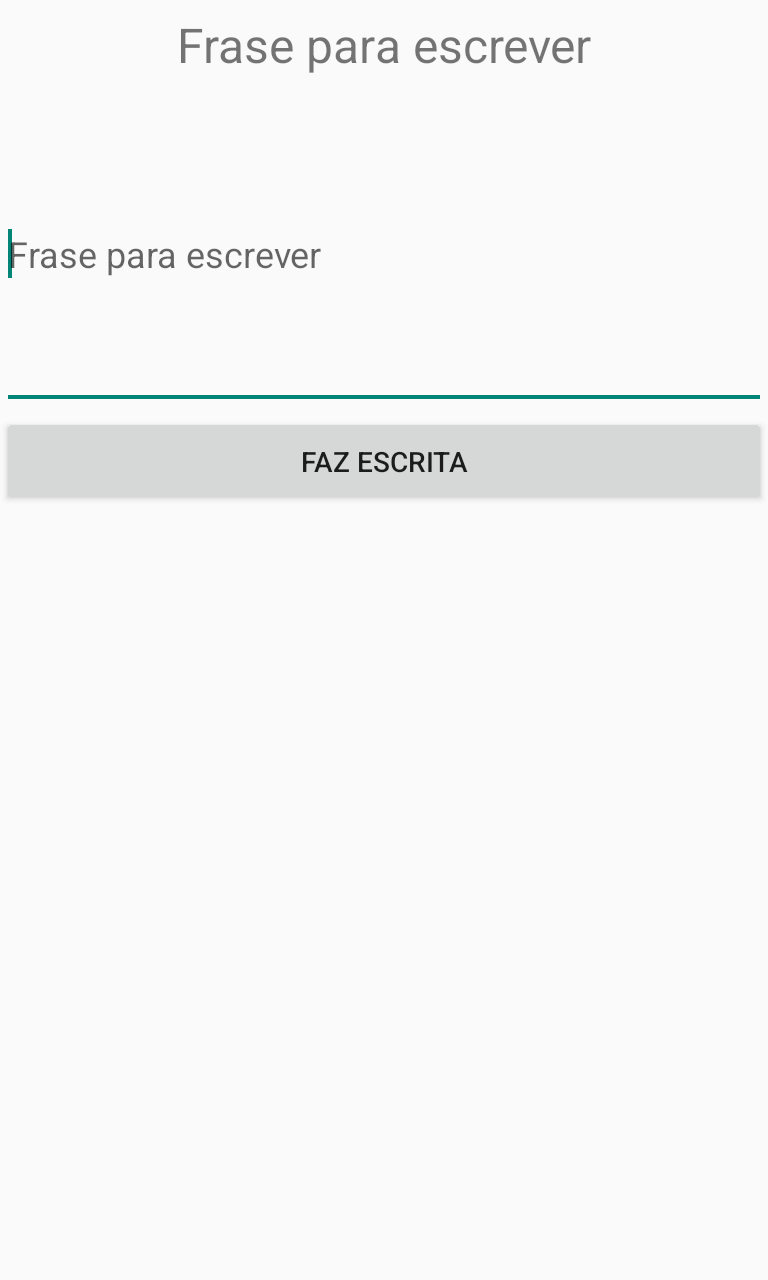
Repository: gokugohan/ddm
Layout: FileSystem1/res/layout/activity_main.xml
These files come from the project's save history. The layout is drawn as it stood at one moment and after the next save; the edit follows.
It is drawn on a 768 x 1280 px phone screen (xhdpi) without system bars, with theme AppTheme; the app's code is not run.

Above is the layout before, as saved 2014-11-28 12:22:28.

### FileSystem1/res/layout/activity_main.xml
<LinearLayout xmlns:android="http://schemas.android.com/apk/res/android"
    xmlns:tools="http://schemas.android.com/tools"
    android:layout_width="match_parent"
    android:layout_height="match_parent"
    android:orientation="vertical"
    android:weightSum="3"
    tools:context="com.example.filesystem1.MainActivity" >

    <TextView
        android:id="@+id/id_tv_frase"
        android:layout_width="match_parent"
        android:layout_height="wrap_content"
        android:layout_weight="0.1"
        android:gravity="center"
        android:text="@string/str_frase"
        android:textSize="24sp" />

    <EditText
        android:id="@+id/id_et_frase"
        android:layout_width="match_parent"
        android:layout_height="wrap_content"
        android:layout_weight="1"
        android:hint="@string/str_frase"
        android:inputType="textMultiLine" >

        <requestFocus />
    </EditText>

    <LinearLayout
        android:layout_weight="0.2"
        android:layout_width="match_parent"
        android:layout_height="wrap_content">
        <Button
        android:id="@+id/id_btn_escrever"
        android:layout_width="match_parent"
        android:layout_height="wrap_content"
        android:text="@string/str_faz_escrita" />

    <Button
        android:id="@+id/id_btn_ler"
        android:layout_width="match_parent"
        android:layout_height="wrap_content"
        android:text="@string/str_faz_leitura" />
    </LinearLayout>


    <ScrollView
        android:layout_width="match_parent"
        android:layout_weight="1.7"
        android:layout_height="0dp" >

        <TextView
            android:id="@+id/id_tv_frase_leitura"
            android:layout_width="match_parent"
            android:layout_height="wrap_content"

            android:gravity="center" />
    </ScrollView>

</LinearLayout>

### FileSystem1/res/values/strings.xml
<?xml version="1.0" encoding="utf-8"?>
<resources>

    <string name="app_name">File System 1</string>
    <string name="hello_world">Hello world!</string>
    <string name="action_settings">Settings</string>
    <string name="str_frase" >Frase para escrever</string>
	<string name="str_faz_escrita">Faz escrita</string>
	<string name="str_faz_leitura">Faz leitura</string>
</resources>

Loaded but not shown: FileSystem1/res/values/styles.xml (common file); FileSystem1/res/values-v11/styles.xml (common file); FileSystem1/res/values-v14/styles.xml (common file)

After the next save:
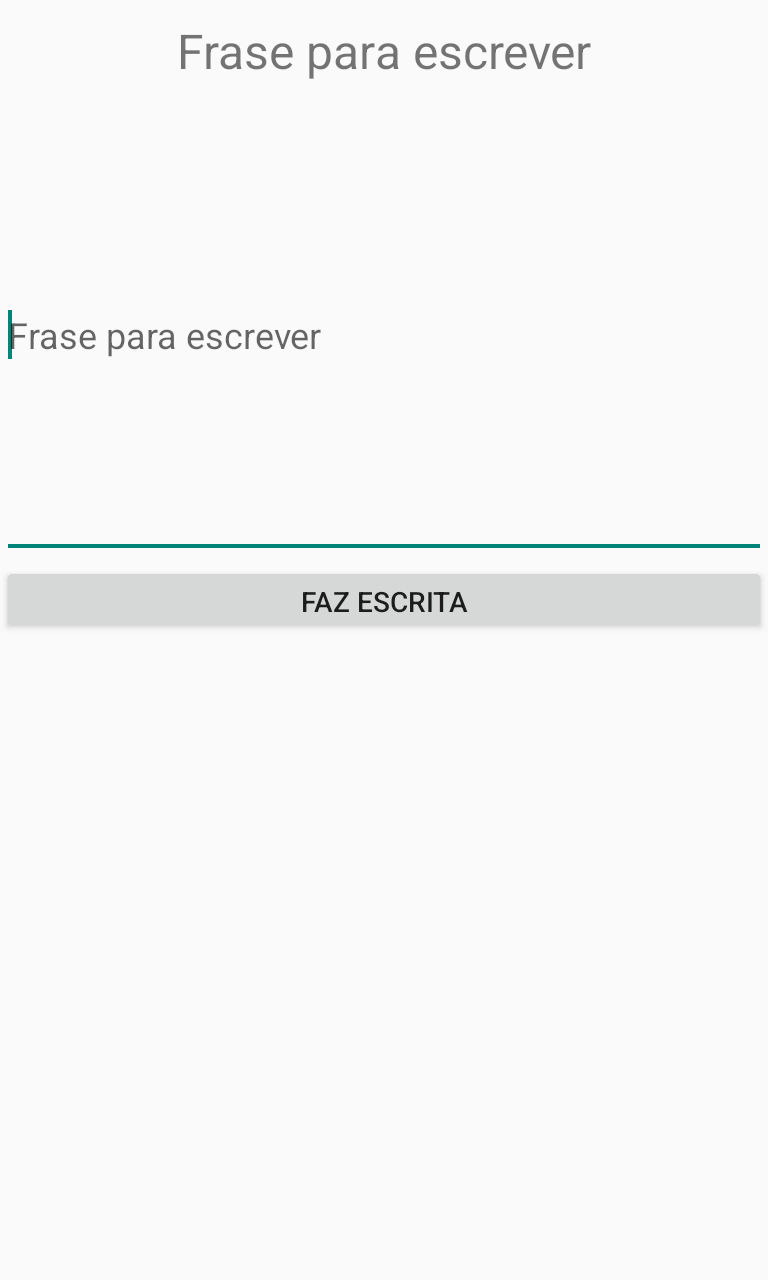
Saved 7 s later.
--- a/FileSystem1/res/layout/activity_main.xml
+++ b/FileSystem1/res/layout/activity_main.xml
@@ -27,33 +27,32 @@
     </EditText>
 
     <LinearLayout
-        android:layout_weight="0.2"
         android:layout_width="match_parent"
-        android:layout_height="wrap_content">
+        android:layout_height="0dp"
+        android:layout_weight="0.2" >
+
         <Button
-        android:id="@+id/id_btn_escrever"
-        android:layout_width="match_parent"
-        android:layout_height="wrap_content"
-        android:text="@string/str_faz_escrita" />
+            android:id="@+id/id_btn_escrever"
+            android:layout_width="match_parent"
+            android:layout_height="wrap_content"
+            android:text="@string/str_faz_escrita" />
 
-    <Button
-        android:id="@+id/id_btn_ler"
-        android:layout_width="match_parent"
-        android:layout_height="wrap_content"
-        android:text="@string/str_faz_leitura" />
+        <Button
+            android:id="@+id/id_btn_ler"
+            android:layout_width="match_parent"
+            android:layout_height="wrap_content"
+            android:text="@string/str_faz_leitura" />
     </LinearLayout>
-
 
     <ScrollView
         android:layout_width="match_parent"
-        android:layout_weight="1.7"
-        android:layout_height="0dp" >
+        android:layout_height="0dp"
+        android:layout_weight="1.7" >
 
         <TextView
             android:id="@+id/id_tv_frase_leitura"
             android:layout_width="match_parent"
             android:layout_height="wrap_content"
-
             android:gravity="center" />
     </ScrollView>
 
